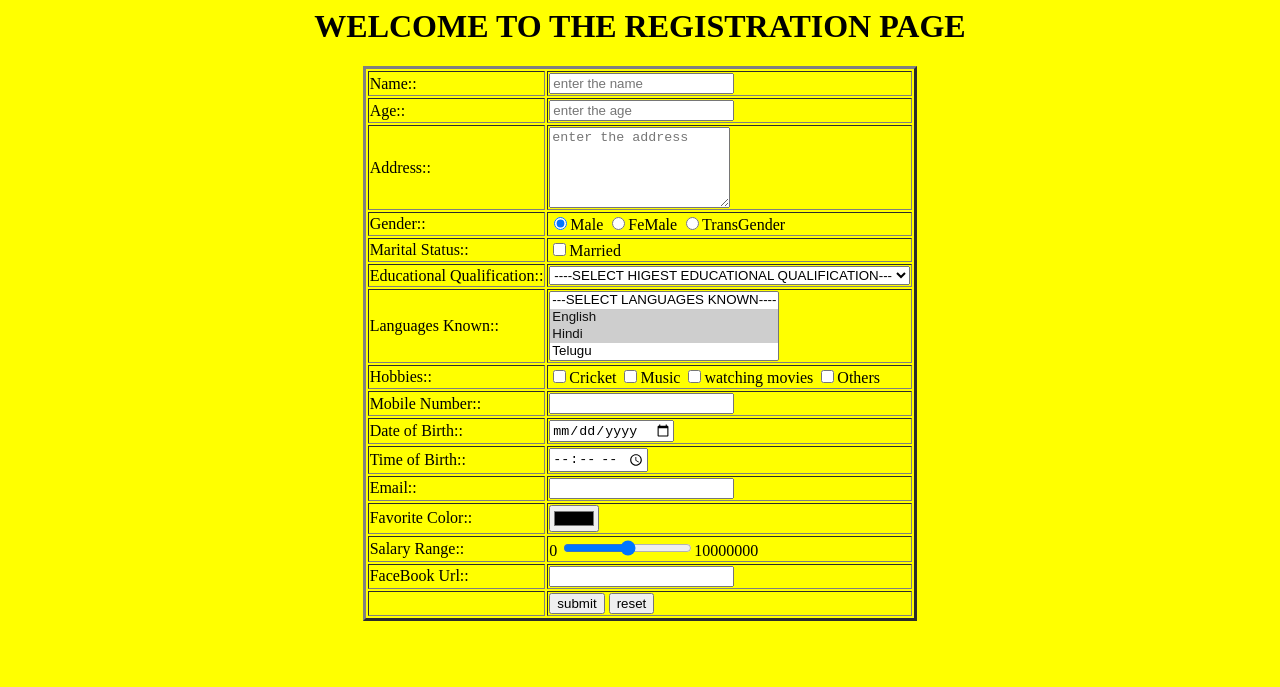
Repository: shivaramkrishna53/SERVLET_PROJECTS
Page: proj12-WorkingWithDifferentFormComponents-RegistrationApp/WebContent/input.html
An editor plug-in stored every save of this project. The page is shown before and after the next save, followed by the edit.
The browser window is 1280 px wide. The pictures show the whole page.

Above is the page before, as saved 2021-01-12 17:54:11.

After the next save:
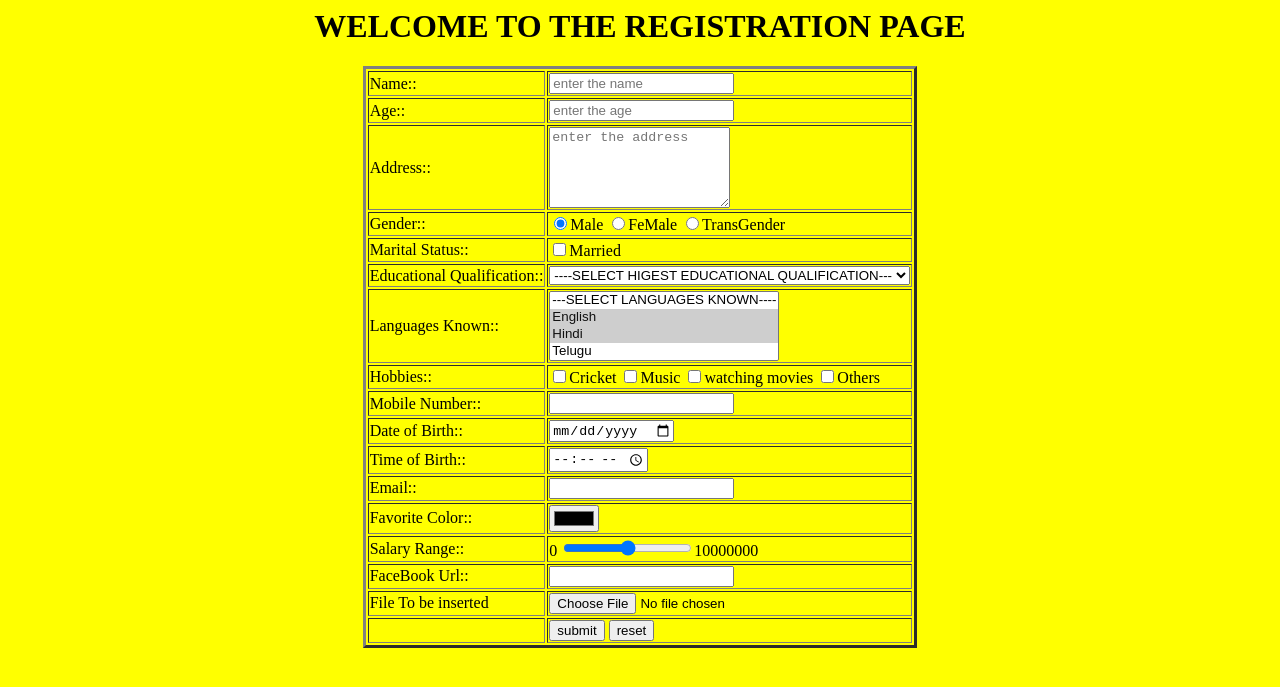
Saved 3 min 29 s later.
--- a/proj12-WorkingWithDifferentFormComponents-RegistrationApp/WebContent/input.html
+++ b/proj12-WorkingWithDifferentFormComponents-RegistrationApp/WebContent/input.html
@@ -119,6 +119,12 @@ Educational Qualification::
 </td>
 </tr>
 <tr>
+<td>File To be inserted</td>
+<td>
+<input type="file" src="images/submit.jfif">
+</td>
+</tr>
+<tr>
 <td></td>
 <td>
 <input type="submit" value="submit"/>
